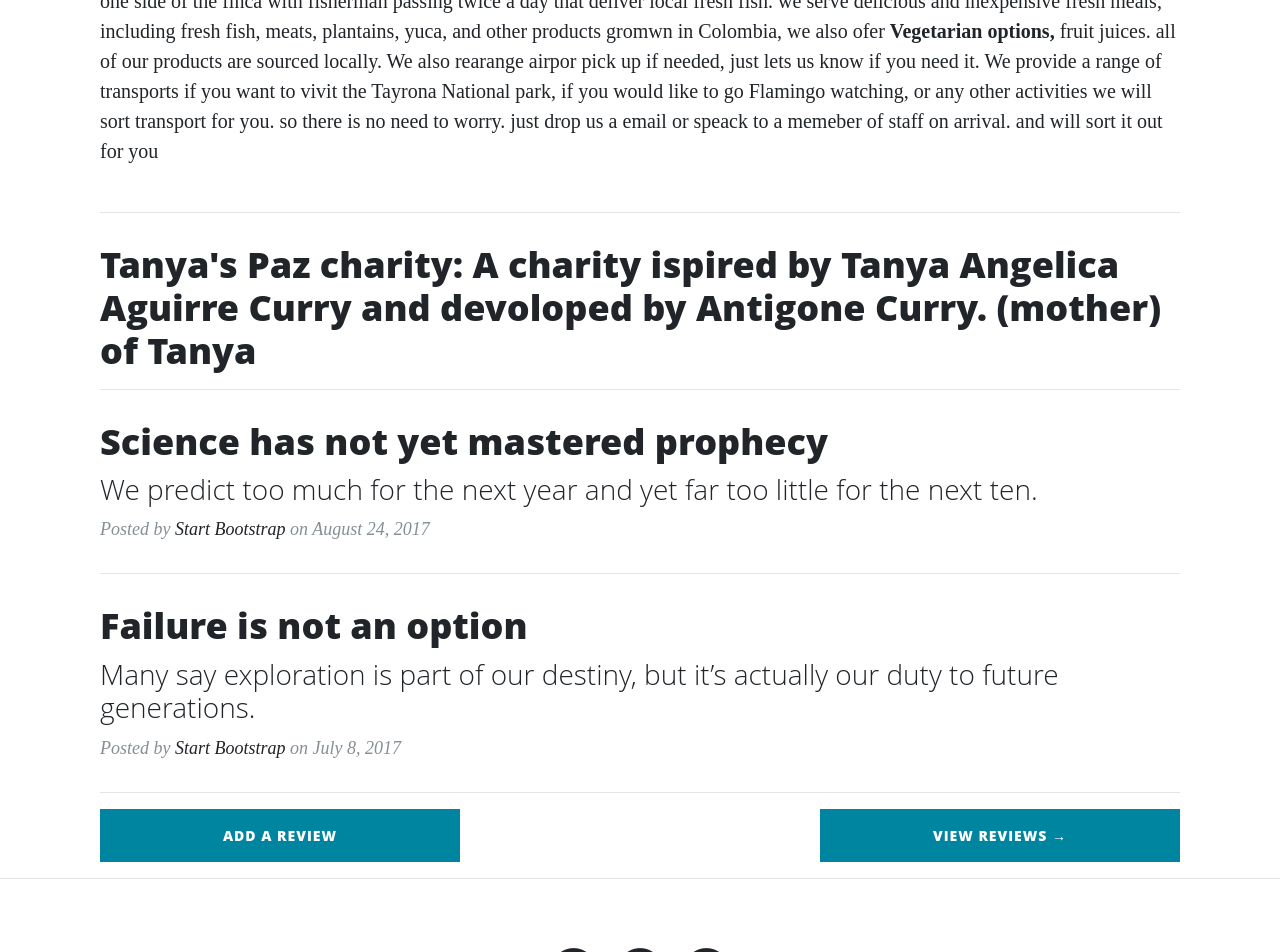
Repository: cachimiro/los-pochoclos
Page: http://localhost/
The author's editor kept a record of every edit. The page is drawn from the files as they stood at one moment, then again after the next edit.
The browser window is 1280 px wide. The pictures show the part of the page from y = 780 to 1732 px (the page is 1894 px tall before and 1882 px after).
The page is served by the project's application, run on Flask 3 (run.py). Other server files are loaded and not shown.

Above is the page before.

### templates/index.html


{% extends 'base.html' %} {% block content %}
<div class="container">
<div class="row">
    <div class="col-sm-12 col-lg-12 col-md-12 ">
        <h3>Los Pochocolos</h3>
        <p>  Los Pocholos, located at 7 minute drive from Mingeuo, near Palomino. 2 hrs by bus from Santa Marta or 1.5 hrs from Riohacha. The finca offers a comfortable house with large bedrooms set in a garden; both fan and air conditioned options are available. The
    ocean at a 5 minute walk from the finca; (a kilometer of totally unspoilt Caribbean beach fringed with palm trees), a place where you can sit back feel the carabean breeze, have fresh coconut water and enjoy the relaxing roar from waves at night. there is a river running on one side of the finca with fisherman passing twice a day that
    deliver local fresh fish. we serve delicious and inexpensive fresh meals, including fresh fish, meats, plantains, yuca, and other products gromwn in Colombia, we also ofer <strong>Vegetarian options,</strong> fruit juices. all of our products are sourced locally.
     We also rearange airpor pick up if needed, just lets us know if you need it. We provide a range of transports if you want to vivit the Tayrona National park,
     if you would like to go Flamingo watching, or any other activities we will sort transport for you. so there is no need to worry. just drop
     us a email or speack to a memeber of staff on arrival. and will sort it out for you</p>
           </div>
        </div>
        <hr>
        <div class="post-preview">
            <a href="{{ url_for('charity') }}">
                <h2 class="post-title">
                    Tanya's Paz charity: A charity ispired by <srtong>Tanya Angelica Aguirre Curry</srtong> and devoloped by <strong>Antigone Curry.</strong>
                    (mother) of Tanya


        </div>
        <hr>
        <div class="post-preview">
            <a href="post.html">
                <h2 class="post-title">
                    Science has not yet mastered prophecy
                </h2>
                <h3 class="post-subtitle">
                    We predict too much for the next year and yet far too little for the next ten.
                </h3>
            </a>
            <p class="post-meta">Posted by
                <a href="#">Start Bootstrap</a> on August 24, 2017</p>
        </div>
        <hr>
        <div class="post-preview">
            <a href="post.html">
                <h2 class="post-title">
                    Failure is not an option
                </h2>
                <h3 class="post-subtitle">
                    Many say exploration is part of our destiny, but it’s actually our duty to future generations.
                </h3>
            </a>
            <p class="post-meta">Posted by
                <a href="#">Start Bootstrap</a> on July 8, 2017</p>
        </div>
        <hr>
        <!-- Pager -->
        <div class="clearfix">
            <a class="btn btn-primary float-right col-sm-6 col-md-4 col-lg-4" href="{{url_for('get_reviews')}} ">view reviews &rarr;</a>
            <a class="btn btn-primary float-left col-sm-6 col-md-4 col-lg-4" href="{{url_for('add_review')}}">Add a review</a>
        </div>
    </div>
</div>
<!----just commeting out this section for the chat
<form method="POST">
            <label for="username">Username:</label>
            <input type="text" id="username" name="username">
            <button>Go to chat!</button>
        </form>
        ------->
{% endblock %}

### templates/base.html
<!DOCTYPE html>
<html lang="en">
<head>
    <meta charset="UTF-8">
    <meta name="viewport" content="width=device-width, initial-scale=1.0">
    <meta http-equiv="X-UA-Compatible" content="ie=edge">
    <link href="https://stackpath.bootstrapcdn.com/font-awesome/4.7.0/css/font-awesome.min.css" rel="stylesheet" integrity="sha384-wvfXpqpZZVQGK6TAh5PVlGOfQNHSoD2xbE+QkPxCAFlNEevoEH3Sl0sibVcOQVnN" crossorigin="anonymous">
    <link href="{{ url_for('static', filename='vendor/bootstrap/css/bootstrap.min.css') }}" rel="stylesheet">
    <link rel="stylesheet" href="{{ url_for('static', filename='css/clean-blog.min.css') }}" type="text/css" />
    <link rel="stylesheet" href="{{ url_for('static', filename='css/style.css') }}" type="text/css" />
    <title>Los Pochocolos</title>
</head>
<body>
    <!-- Navigation -->
    <nav class="navbar navbar-expand-lg navbar-light fixed-top" id="mainNav">
        <div class="container">
            <a class="navbar-brand" href="{{url_for('index') }}">Finca Los Pochocolos</a>
            <button class="navbar-toggler navbar-toggler-right" type="button" data-toggle="collapse" data-target="#navbarResponsive" aria-controls="navbarResponsive" aria-expanded="false" aria-label="Toggle navigation">
          Menu
          <i class="fa fa-bars"></i>
        </button>
            <div class="collapse navbar-collapse" id="navbarResponsive">
                <ul class="navbar-nav ml-auto">
                    <li class="nav-item">
                        <a class="nav-link" href="{{ url_for('index') }}">Home</a>
                    </li>
                    <li class="nav-item">
                        <a class="nav-link" href="{{ url_for('about') }}">About</a>
                    </li>
                    <li class="nav-item">
                        <a class="nav-link" href="{{ url_for('contact') }}">Contact</a>
                    </li>
                    <li class="nav-item">
                        <a class="nav-link" href="{{ url_for('careers') }}">Careers</a>
                    </li>
                       <li class="nav-item">
                        <a class="nav-link" href="{{ url_for('charity') }}">Charity</a>
                    </li>
                </ul>
            </div>
        </div>
    </nav>

    <!-- Page Header -->
    <header class="masthead" style="background-image: url('https://berakatours.com/wp-content/uploads/2017/09/Avistamiento-Aves-Colombia.jpg')">
        <div class="overlay"></div>
        <div class="container">
            <div class="row">
                <div class="col-lg-8 col-md-10 mx-auto">
                    <div class="site-heading">
                        <h1>Los Pocholos</h1>
                        <span class="subheading">Turismo En La Guajira Colombia</span>
                    </div>
                </div>
            </div>
        </div>
    </header>

    <!-- Main Content -->
    <div class="container">
        {% block content %} {% endblock %}
    </div>

    <hr>

    <!-- Footer -->
    <footer>
        <div class="container">
            <div class="row">
                <div class="col-lg-8 col-md-10 mx-auto">
                    <ul class="list-inline text-center">
                        <li class="list-inline-item">
                            <a href="#">
                                <span class="fa-stack fa-lg">
                    <i class="fa fa-circle fa-stack-2x"></i>
                    <i class="fa fa-twitter fa-stack-1x fa-inverse"></i>
                  </span>
                            </a>
                        </li>
                        <li class="list-inline-item">
                            <a href="#">
                                <span class="fa-stack fa-lg">
                    <i class="fa fa-circle fa-stack-2x"></i>
                    <i class="fa fa-facebook fa-stack-1x fa-inverse"></i>
                  </span>
                            </a>
                        </li>
                        <li class="list-inline-item">
                            <a href="#">
                                <span class="fa-stack fa-lg">
                    <i class="fa fa-circle fa-stack-2x"></i>
                    <i class="fa fa-github fa-stack-1x fa-inverse"></i>
                  </span>
                            </a>
                        </li>
                    </ul>
                    <p class="copyright text-muted">Copyright &copy; Your Website 2017</p>
                </div>
            </div>
        </div>
    </footer>

    <!-- Bootstrap core JavaScript -->
    <script src="{{ url_for('static', filename='vendor/jquery/jquery.min.js') }}"></script>
    <script src="{{ url_for('static', filename='vendor/bootstrap/js/bootstrap.bundle.min.js') }}"></script>

    <!-- Custom scripts for this template -->
    <script src="{{ url_for('static', filename='js/clean-blog.min.js') }}"></script>

</body>
</html>

### run.py
import os
import json
from flask import Flask, render_template, request,redirect, flash, url_for
from flask_pymongo import PyMongo
from bson.objectid import ObjectId

app = Flask(__name__)
app.config["MONGO_DBNAME"] = 'reviews'
app.config["MONGO_URI"] = "mongodb+srv://root:Johann@myfirstcluster-ugp0n.mongodb.net/reviews?retryWrites=true&w=majority"

mongo = PyMongo(app)
app.secret_key = "cachimiro"

# code to be ble to see reviews
@app.route('/view_reviews')
def get_reviews():
    return render_template("reviews.html", opinion=mongo.db.opinion.find())

# this line of code will allow costumesr to add reviews
@app.route('/add_review')
def add_review():
    return render_template('add-reviews.html')


@app.route('/add_review', methods=['POST'])
def insert_task():
    tasks = mongo.db.opinion
    tasks.insert_one(request.form.to_dict())
    return redirect(url_for('get_reviews'))

# code for conecting templates
@app.route('/')
def index():
    return render_template("index.html")


@app.route('/about')
def about():
    data = []
    with open("data/company.json", "r") as json_data:
        data = json.load(json_data)
    return render_template("about.html", page_title="About", company=data)

@app.route('/about/<member_name>')
def about_member(member_name):
    member = {}

    with open("data/company.json", "r") as json_data:
        data = json.load(json_data)
        for obj in data:
            if obj["url"] == member_name:
                member = obj

    return render_template("member.html", member=member)




@app.route('/contact', methods=["GET", "POST"])
def contact():
    if request.method == "POST":
        flash("Thanks {}, we have received your message".format(
            request.form["name"]
        ))
    return render_template("contact.html", page_title="Contact")


@app.route('/careers')
def careers():
   return render_template("careers.html", page_title="careers")

@app.route('/charity')
def charity():
   return render_template("charity.html", page_title="charity")

if __name__ == '__main__':
    app.run(host=os.environ.get('IP'),
            port=int(os.environ.get('PORT')),
            debug=True)


# chat function will go here all the code thats going to be provided from here is for that chat area
#pesonal note i will coment out this section for a moment need to work on other html
"""
import os
from datetime import datetime
from flask import Flask, redirect, render_template, request, session, url_for


app = Flask(__name__)
app.secret_key = os.getenv("SECRET","randomstring123")
messages = []


def add_message(username, message):
    #Add messages to the `messages` list
    now = datetime.now().strftime("%H:%M:%S")
    messages.append({"timestamp": now, "from": username, "message": message})


@app.route("/", methods=["GET", "POST"])
def chat_room():
    #Main page with instructions
    if request.method == "POST":
        session["username"] = request.form["username"]

    if "username" in session:
        return redirect(url_for("user", username=session["username"]))

    return render_template("index.html")


@app.route("/chat/<username>", methods=["GET", "POST"])
def user(username):
    #Add and display chat messages
    if request.method == "POST":
        username = session["username"]
        message = request.form["message"]
        add_message(username, message)
        return redirect(url_for("user", username=session["username"]))

    return render_template("chat.html", username=username,
                           chat_messages=messages)


app.run(host=os.getenv("IP", "0.0.0.0"),
        port=int(os.getenv("PORT", "5000")), debug=False)

 """

### static/css/style.css
.col-md-5 img {
    width: 50%;
    height: 50%;
    margin-top: 30px;
    margin-bottom: 50px;

}

Loaded but not shown: static/css/clean-blog.min.css (library); static/js/clean-blog.min.js (common file)

After the next edit:
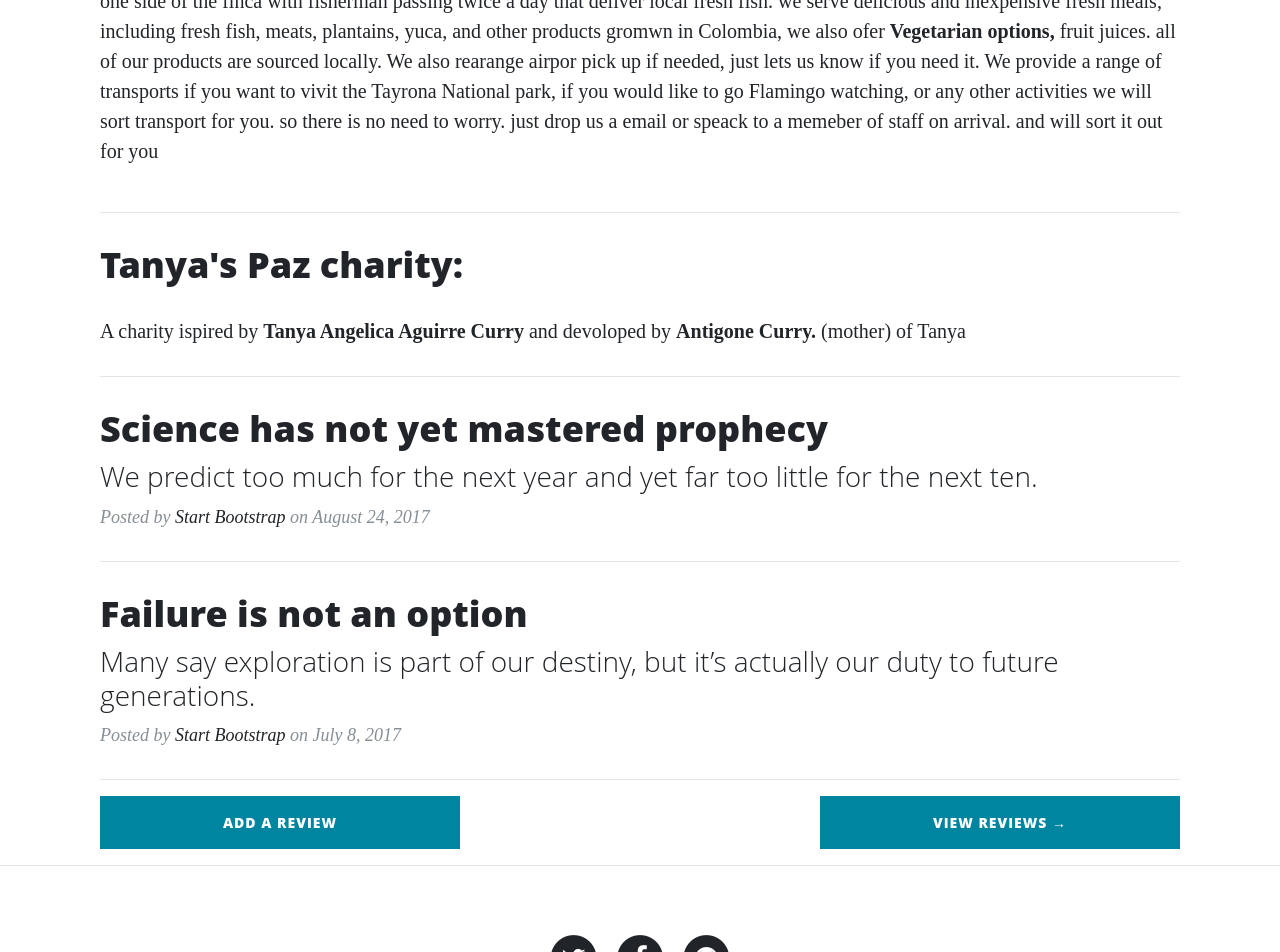
The edit:
--- a/templates/index.html
+++ b/templates/index.html
@@ -17,8 +17,8 @@
         <div class="post-preview">
             <a href="{{ url_for('charity') }}">
                 <h2 class="post-title">
-                    Tanya's Paz charity: A charity ispired by <srtong>Tanya Angelica Aguirre Curry</srtong> and devoloped by <strong>Antigone Curry.</strong>
-                    (mother) of Tanya
+                    Tanya's Paz charity: </h2><p>  A charity ispired by <strong>Tanya Angelica Aguirre Curry</strong> and devoloped by <strong>Antigone Curry.</strong>
+                    (mother) of Tanya</p>
 
 
         </div>
